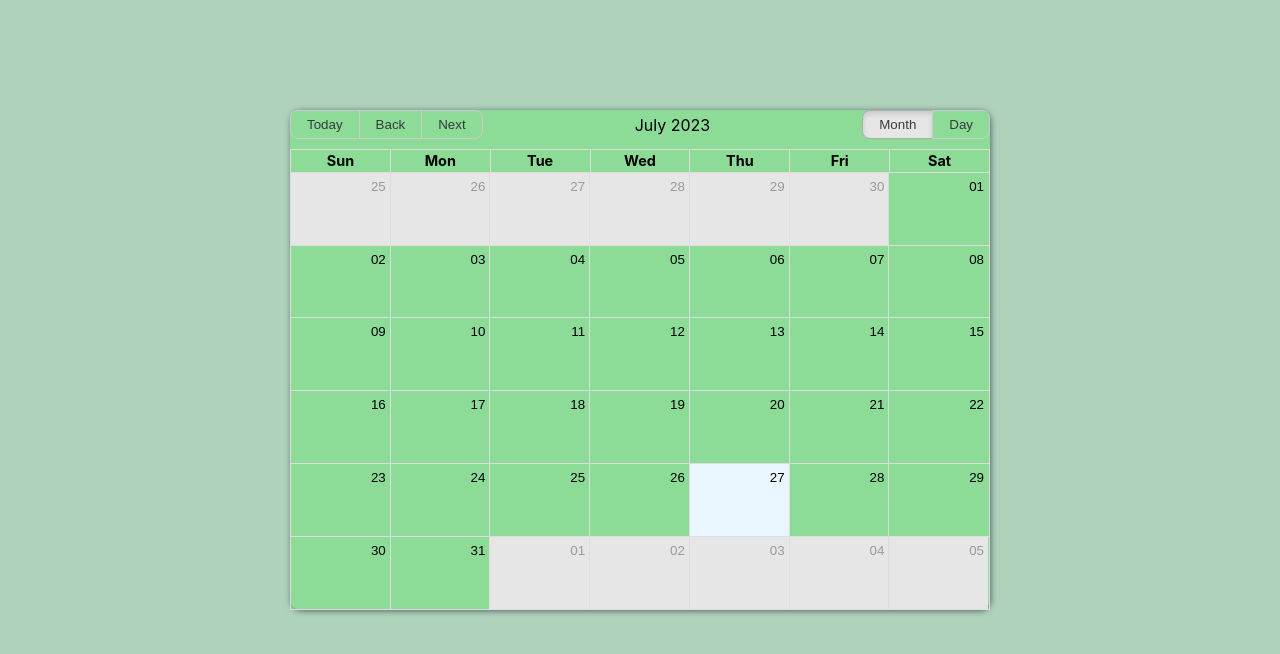
Repository: TetianaMishatkina/Calories-diary
Page: /
An editor plug-in stored every save of this project. The page is shown before and after the next save, followed by the edit.
The browser window is 1280 px wide. The pictures show the whole page.
The project was rebuilt for these pictures with package versions that can differ from the ones it lists, and the page was loaded fresh each time. Also part of the build but not shown: vite.config.js, src/components/informationForm/styled.js, src/components/select/styled.js, src/hooks/useGetItems.js, src/hooks/useDebounce.js, src/hooks/usePostItemDetails.js, src/components/caloriesOfMeal/styled.js, src/components/caloriesOfMeal/index.jsx and 2 more.

Above is the page before, as saved 2023-09-07 15:44:50.

After the next save:
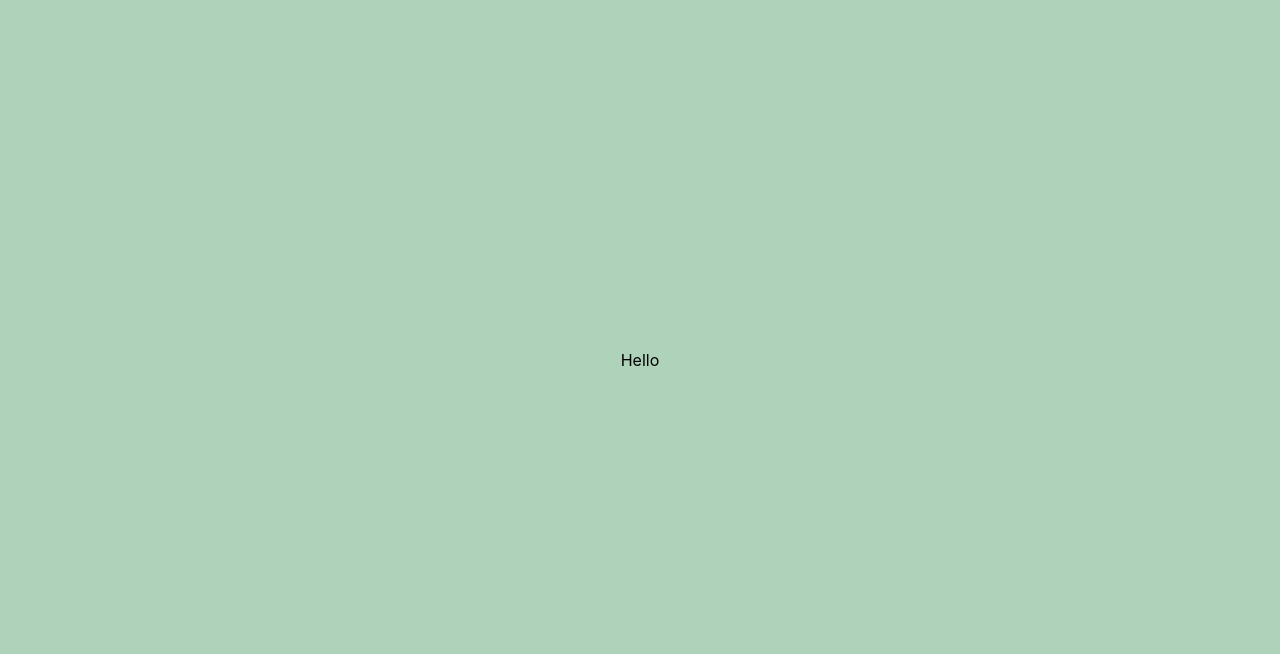
Saved 15 s later.
--- a/src/App.jsx
+++ b/src/App.jsx
@@ -1,11 +1,12 @@
 import { useState } from 'react'
 import './App.css'
 import { Main } from './pages/main'
+import { StartPage } from './pages/startPage'
 
 function App() {
 
   return (
-    <Main />
+    <StartPage />
   )
 }
 

After the save that followed:
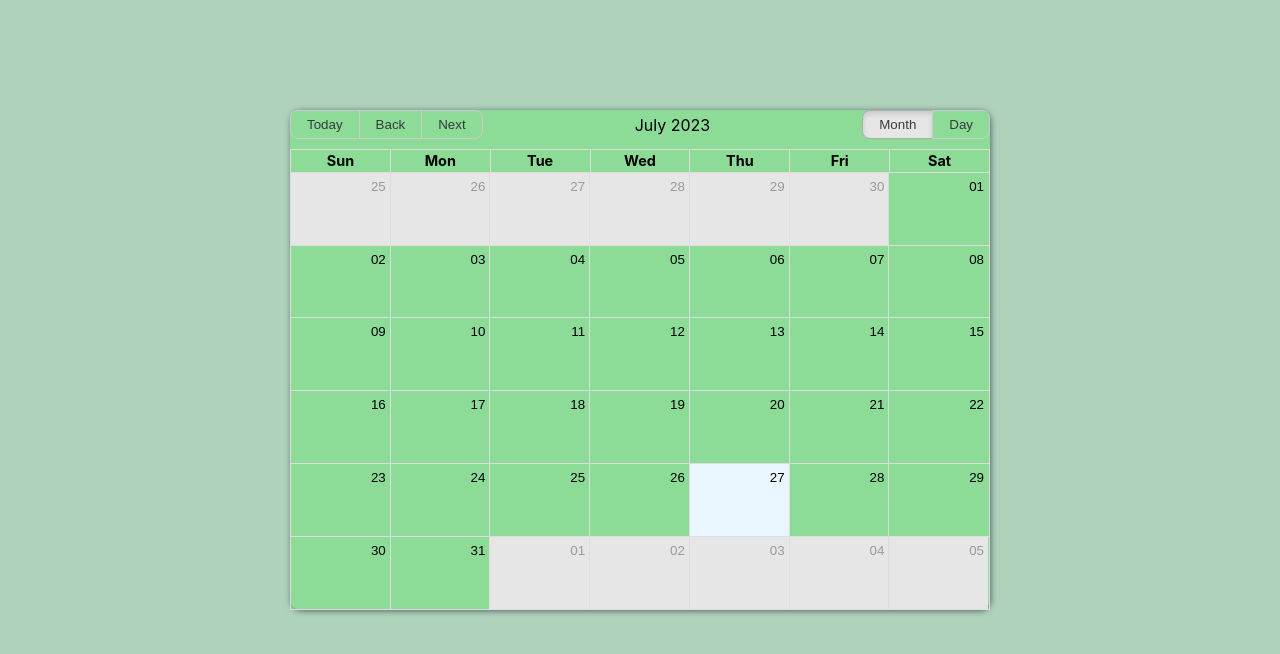
Saved 30 s later.
--- a/src/pages/startPage/index.tsx
+++ b/src/pages/startPage/index.tsx
@@ -1,7 +1,8 @@
 import React from 'react'
+import { Main } from '../main'
 
 export const StartPage = () => {
     return (
-        <div>Hello</div>
+        <Main />
     )
 }
